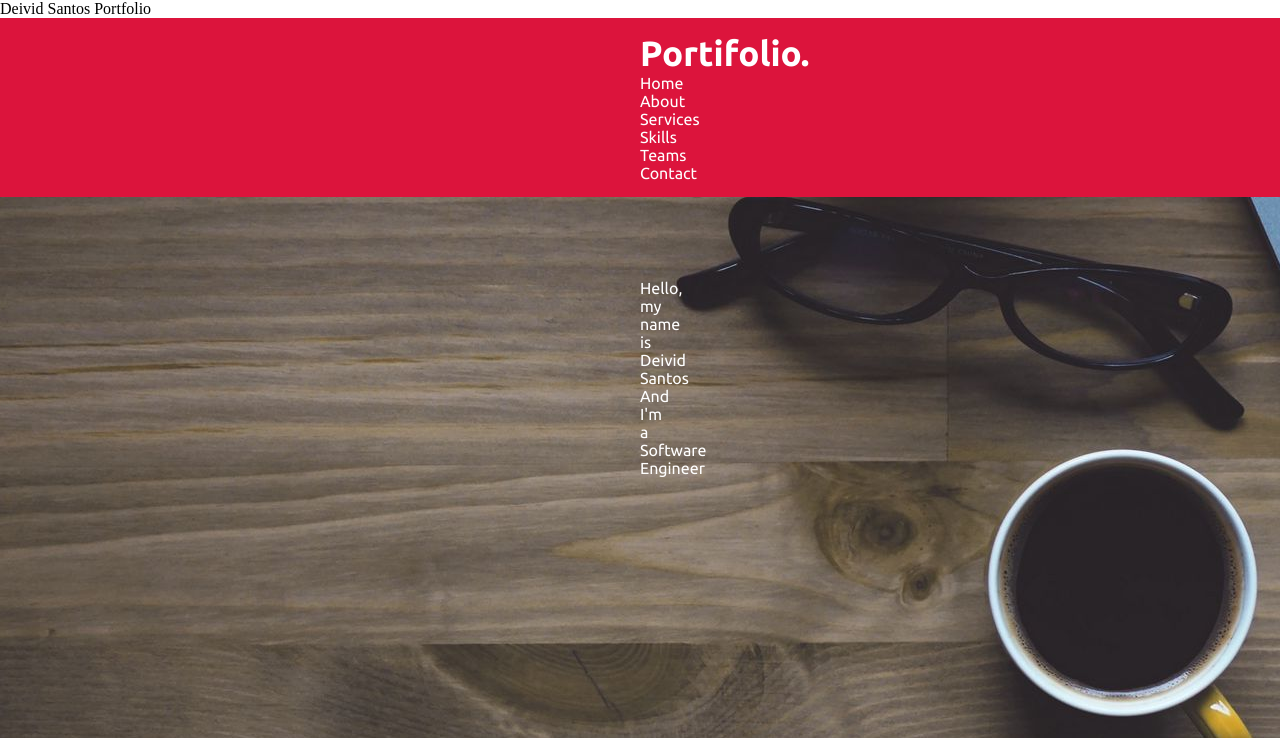
Repository: deividwsantoss/portfolio
Page: index.html
An editor plug-in stored every save of this project. The page is shown before and after the next save, followed by the edit.
The browser window is 1280 px wide. The pictures show the whole page.
Some web libraries are served in a nearby version.

Above is the page before, as saved 2021-03-01 20:00:00.

After the next save:
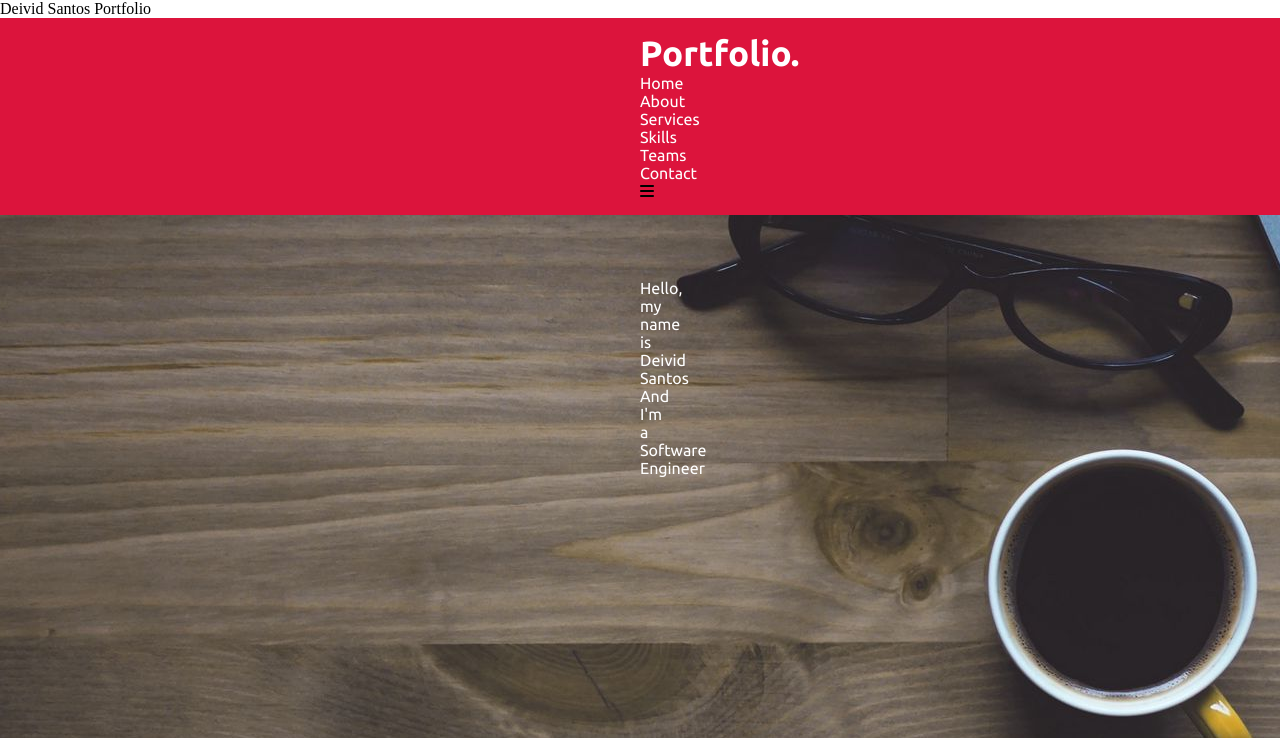
Saved 8 min 2 s later.
--- a/index.html
+++ b/index.html
@@ -10,15 +10,18 @@
 <body>
     <nav class="navbar">
         <div class="max-width">
-            <div class="logo"><a href="#">Portifo<span>lio.</span></a></div>
+            <div class="logo"><a href="#">Portfo<span>lio.</span></a></div>
             <ul class="menu">
-                <li><a href="#">Home</a></li>
-                <li><a href="#">About</a></li>
-                <li><a href="#">Services</a></li>
-                <li><a href="#">Skills</a></li>
-                <li><a href="#">Teams</a></li>
-                <li><a href="#">Contact</a></li>
+                <li><a href="#home" class="menu-btn">Home</a></li>
+                <li><a href="#about" class="menu-btn">About</a></li>
+                <li><a href="#services" class="menu-btn">Services</a></li>
+                <li><a href="#skills" class="menu-btn">Skills</a></li>
+                <li><a href="#teams" class="menu-btn">Teams</a></li>
+                <li><a href="#contact" class="menu-btn">Contact</a></li>
             </ul>
+            <div class="menu-btn">
+                <i class="fas fa-bars"></i>
+            </div>
         </div>
     </nav>
 
